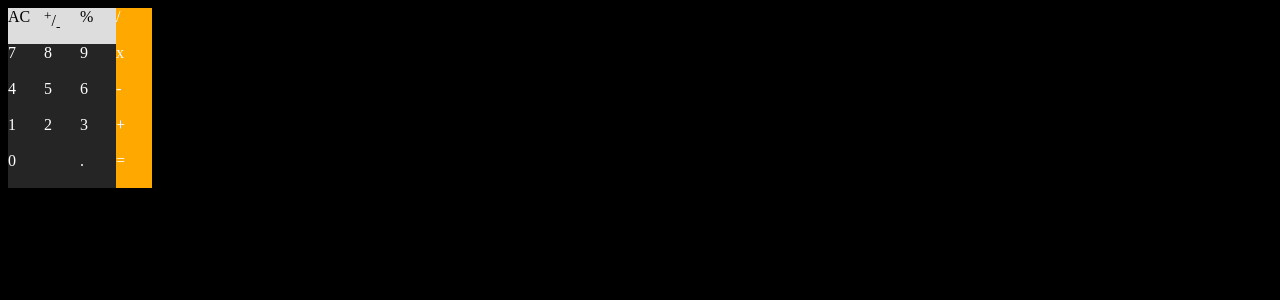
Repository: bombiux/calculadoraJS
Page: index.html
The author's editor kept a copy of each file at every save. The page is drawn from the files as they stood at one save, then again after a run of saves.
The browser window is 1280 px wide. The pictures show the whole page.

Above is the page before, as saved 2020-08-08 18:31:23.

After the next 2 saves:
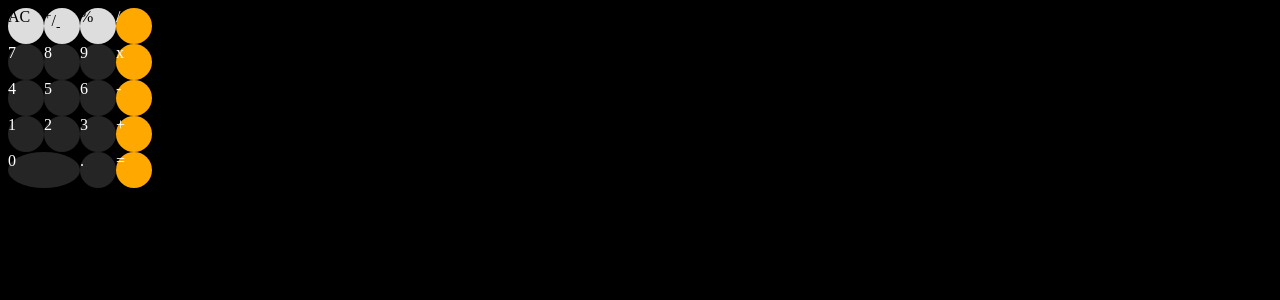
The 2 saves are shown as one change because they came seconds apart.
The last was saved 39 s later.
--- a/style.css
+++ b/style.css
@@ -14,6 +14,7 @@ body {
 .calculator > div > div {
     width: 5vh;
     height: 5vh;
+    border-radius: 50%;
 }
 
 .calculator > div > .cero {
